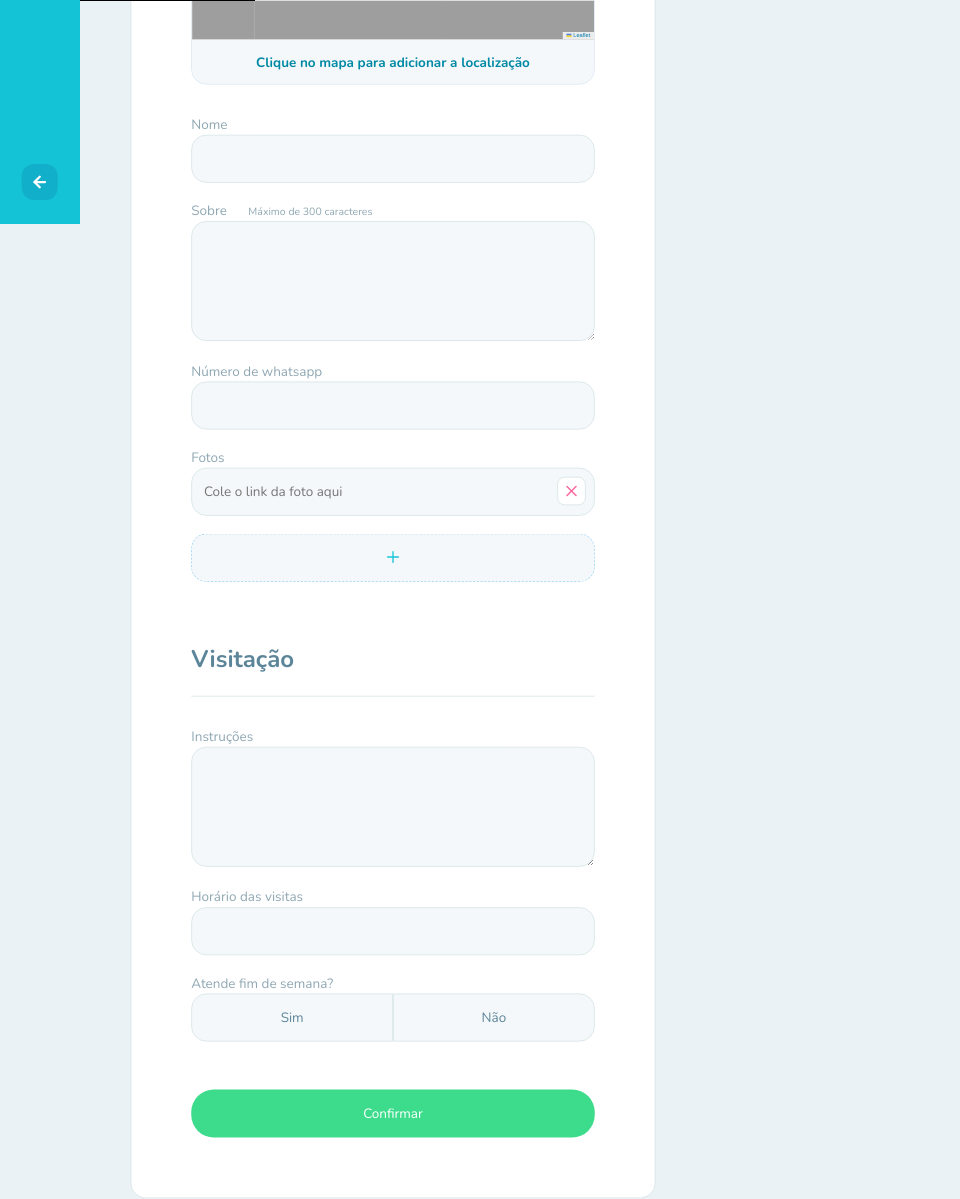
Repository: TeoNogueira/nlw3-rocketseatproject
Page: create-orphanage.html
The author's editor kept a copy of each file at every save. The page is drawn from the files as they stood at one save, then again after the next save.
The browser window is 1280 px wide. The pictures show the part of the page from y = 485 to 2111 px (the page is 2083 px tall before and 2111 px after), at 75% of full size.
Pictures or frames that could not be fetched are drawn as grey boxes. Some web libraries are served in a nearby version.

Above is the page before, as saved 2020-10-14 17:22:27.

### create-orphanage.html
<!DOCTYPE html>
<html lang="en">

<head>
  <meta charset="UTF-8" />
  <meta name="viewport" content="width=device-width, initial-scale=1.0" />
  <title>Localize um Orfanato | Happy</title>

  <link rel="stylesheet" href="https://unpkg.com/leaflet@1.7.1/dist/leaflet.css"
  integrity="sha512-xodZBNTC5n17Xt2atTPuE1HxjVMSvLVW9ocqUKLsCC5CXdbqCmblAshOMAS6/keqq/sMZMZ19scR4PsZChSR7A=="
  crossorigin=""/>

  <!-- Make sure you put this AFTER Leaflet's CSS -->
 <script src="https://unpkg.com/leaflet@1.7.1/dist/leaflet.js"
   integrity="sha512-XQoYMqMTK8LvdxXYG3nZ448hOEQiglfqkJs1NOQV44cWnUrBc8PkAOcXy20w0vlaXaVUearIOBhiXZ5V3ynxwA=="
   crossorigin=""></script>


  <link rel="icon" href="/images/logo-icon.png" />
  <link rel="stylesheet" href="/css/main.css" />
  <link rel="stylesheet" href="/css/animations.css" />
  <link rel="stylesheet" href="/css/sidebar.css" />
  <link rel="stylesheet" href="/css/map.css" />
  <link rel="stylesheet" href="/css/form.css" />
  <link rel="stylesheet" href="/css/buttons.css" />
  <link rel="stylesheet" href="/css/page-create-orphanage.css" />

  <link href="https://fonts.googleapis.com/css2?family=Nunito:wght@400;600;700;800&display=swap" rel="stylesheet">

</head>

<body id="body">
  <div id="create-orphanage" class=""> <!--ORPHANAGE COMEÇO-->
    <aside class="animate-right sidebar">
      <img src="/images/map-marker.svg" alt="Happy" class="">


      <footer>

        <button onclick="history.back()">

          <img src="/images/arrow-back.svg" alt="Voltar" class="">
        </button>
      </footer>

    </aside>

    <main class="animate-appear with-sidebar">


      <form action="" class="">

           <fieldset class="">

            <legend class="">

                   Dados

            </legend>
            <div class="map-container">
            <div id="mapid"></div>
               <footer>
                 <a href="#" class="select-point">

                  Clique no mapa para adicionar a localização
                 </a>
              </footer>
          </div>
               <div class="input-block">
                <label for="name" >Nome </label>
                 <input id="name" name="name" required/></textarea>

               </div>

               <div class="input-block">
                <label for="about" class="">Sobre <span class="">Máximo de 300 caracteres</span></label>
                 <textarea id="about" name="about" required></textarea>
               </div>

               <div class="input-block">
                <label for="whatsapp" class="">Número de whatsapp</label>
                 <input id="whatsapp" name="whatsapp" required/>

               </div>

               <div class="input-block images">
                <label for="images" class="">Fotos</label>
                 <div class="images-upload" id="images">

                  <div class="new-upload">



                    <input name="images" class="" placeholder="Cole o link da foto aqui" required/>


                  <span class=""><img src="/images/remove-file.svg" alt="Remover Foto" class=""></span>

                  </div>





                 </div>
                 <button type="button"><img src="/images/add-file.svg" alt="Nova Imagem" class=""></button>

               </div>




           </fieldset>

           <fieldset class="">

            <legend class="">
                 Visitação
            </legend>

            <div class="input-block">
              <label for="instructions">Instruções</label>
               <textarea id="instructions" name="instructions" required></textarea>

             </div>

             <div class="input-block">
              <label for="opening_hours" class="">Horário das visitas </label>
               <input id="opening_hours" name="opening_hours" required/>

             </div>


             <div class="input-block">

                  <label for="open_on_weekends" class="">Atende fim de semana?</label>
        <input type="hidden" id="open_on_weekends" name="open_on_weekends" value="1" required/>

             </div>

            <div class="button-select">
                  <button>Sim</button>
                  <button>Não</button>

            </div>
                  <button class="primary-button" type="submit">
                    Confirmar
                  </button>
           </fieldset> <!-- FIM DO FIELDSET 2-->


      </form>


    </main>





  </div><!--ORPHANAGE FIM-->


<script src="/scripts/page-create-orphanage.js"></script>


</body>

</html>

<!-- Hello World Hypertext >> são textos que contém links


    markup = marcações de tags
    -->

### public/css/main.css
* {
  margin: 0;
  padding: 0;
  box-sizing: border-box;
}

:root {
  font-size: 62.5%;
}
/* através do "ROOTEM" ou "rem" posso criar um root de tamanhos de pixels pre-configurados por mim mesmo*/

body {
  height: 100vh;
  color: white;
  background: #ebf2f5;
}

body,
button,
input,
textarea {
  /*
    font-size: 1.1em;
    font-family: 'Nunito', sans-serif;
    line-height: 1;
    font-weight: 400;*/
  font: 400 1.8rem/1 "Nunito", sans-serif;
}

### public/css/animations.css
/* Animações  ----*/

@keyframes up {
  from {
    opacity: 0;
    transform: translateY(16px);
  }

  to {
    opacity: 1;
    transform: translateX(0);
  }
}

@keyframes right {

from { transform: translateX(-100%);


}

to {

           transform: translateX(0);

}


}


@keyframes appear { from { opacity:0;




}

to { opacity:1;


}

}







.animate-up {
  animation-name: up;
  animation-duration: 300ms;
  animation-fill-mode: backwards;
}

.animate-right {


  animation-name: right;
  animation-duration: 300ms;
}



.animate-appear { animation-name: appear;

animation-duration: 300ms;
animation-fill-mode: backwards;
}
/* Animações FIM ----*/

### public/css/sidebar.css

aside.sidebar {

    position: fixed;
    height: 100%;
    padding: 3.2rem 2.4rem; /* 32 px e 24 px*/
    background: #15c3d6;

    display: flex;
    flex-direction: column;
    justify-content: space-between;
    align-items: center;
    }


    aside.sidebar footer button {

    width: 4.8rem;
    height: 4.8rem;
    border: none;
    background: #12afcb;
    border-radius: 16px;
    cursor: pointer;

    display: flex;
    align-items: center;
    justify-content: center;

    transition: background-color 0.2s;

    }

    aside.sidebar footer button:hover { background: #17d6eb;}




    .with-sidebar { padding-left: 110px;}

### public/css/map.css
/* mapa container */


.map-container { margin-top: 6.4rem;

    background: #e6f7fb;

    border: 1px solid #dde3f0;

    border-radius: 2rem;


}


#mapid {
    width: 100%;
    height: 28rem;



}

.map-container footer { padding: 2rem;
    text-align: center;

}


.map-container footer a {

color: #0089a5;
text-decoration: none;
font-weight: 700;
}


.map-container .leaflet-container {

border-bottom: 1px solid #dde3f0;

border-radius: 2rem;



}

### public/css/form.css
form {

    width: 70rem;
margin: 6.4rem;
background: white;
border: 1px solid #d3e2e5;

border-radius: 2rem;
overflow: hidden;
padding: 8rem;
}



fieldset {

    border: 0;
}


fieldset + fieldset {

    margin-top: 8rem;
}

fieldset legend {
width: 100%;
line-height: 1.5;
color: #5c8599;


font-size: 3.2rem;
font-weight: 700;
border-bottom: 1px solid #d3e2e5;
margin-bottom: 4rem;
padding-bottom: 2.4rem;



}

.input-block + .input-block {


    margin-top: 2.4rem;
}

.input-block label {


    color: #8fa7b3;
    margin-bottom: .8rem;
     line-height: 1.5;

}

.input-block label span {

font-size: 1.4rem;
    color: #8fa7b3;
margin-left: 2.4rem;
line-height: 1.5;


}

.input-block input,
.input-block textarea {

width: 100%;

background: #f5f8fa;
border: 1px solid #d3e2e5;
border-radius: 2rem;
 color: #5c8599;
  /*outline: none;*/

}

/*
.input-block input:focus,
.input-block textarea:focus {

border: solid red 1px;


} */


.input-block input {

height: 6.4rem;
padding: 0 1.6rem;


}

.input-block input:valid,
.input-block textarea:valid {

border: 1px solid #a1e9c5;

}



.input-block textarea {

    height: clamp(12rem, 16rem, 24rem);
    resize: vertical; /* faz parte do textarea*/
    padding: 1.6rem;
    line-height: 2.8;


}



.input-block.images button {

border: 1px dashed #96d2f0;
width: 100%;
background: #f5f8fa;

height: 6.4rem;
padding: 0 1.6rem;
margin-top: 2.4rem;
border-radius: 2rem;
cursor: pointer;

}

.new-upload {
position: relative;

}

.new-upload span {

    position: absolute;
    right: 12px;
    bottom: 14px;
    padding: .6rem;
    display: flex;

    /* Texts / Botão */

background: #FFFFFF;
/* Back / Lines in white */

border: 1px solid #D3E2E5;
box-sizing: border-box;
border-radius: 10px;
cursor: pointer;

}

### public/css/buttons.css

.primary-button {

    margin-top: 6.4rem;
   height: 6.4rem;
   width: 100%;
   border: 0;

   cursor: pointer;
   background: #3cdc8c;

   border-radius: 3rem;
   color: white;
   display: flex;
   align-items: center;
   justify-content: center;

   transition: background-color .2s;


}

.primary-button:hover { background: #36cf82;



}

.primary-button img { margin-right: 1.6rem;}


.button-select { display: grid;
 grid-template-columns: 1fr 1fr;



}


.button-select button {
    height: 6.4rem;
background: #f5f8fa;
border: 1px solid #d3e2e5;

color: #5c8599;
cursor: pointer;


}



.button-select button.active {

background: #edfff6;
border: solid 1px #a1e9c5;
color: #37c77f;


}



.button-select button:first-child {

border-radius : 2rem 0 0 2rem;



}


.button-select button:last-child {
border-radius: 0 2rem 2rem 0;
}

### public/css/page-create-orphanage.css
#page-create-orphanage {

    display:flex;
    min-height: 100vh;
}




main { flex: 1;}

.map-container {

    margin: 0 0 4rem;

}

.map-container .leaflet-container {

border-radius: 20px 20px 0 0;


}

.map-container footer {

    background-color: #f5f8fa;
    border-radius: 0 0  20px 20px;



}

### public/images/remove-file.svg
<svg width="24" height="24" viewBox="0 0 24 24" fill="none" xmlns="http://www.w3.org/2000/svg">
    <path d="M18 6L6 18" stroke="#FF669D" stroke-width="2" stroke-linecap="round" stroke-linejoin="round"/>
    <path d="M6 6L18 18" stroke="#FF669D" stroke-width="2" stroke-linecap="round" stroke-linejoin="round"/>
    </svg>

### public/images/add-file.svg
<svg width="16" height="16" viewBox="0 0 16 16" fill="none" xmlns="http://www.w3.org/2000/svg">
<path d="M15.1047 7.10465C15.3624 7.10465 15.5727 7.19283 15.7355 7.36919C15.9118 7.53198 16 7.74225 16 8C16 8.25775 15.9118 8.47481 15.7355 8.65116C15.5727 8.81395 15.3624 8.89535 15.1047 8.89535H8.89535V15.0843C8.89535 15.3421 8.80717 15.5591 8.63081 15.7355C8.46802 15.9118 8.25775 16 8 16C7.74225 16 7.52519 15.9118 7.34884 15.7355C7.18605 15.5591 7.10465 15.3421 7.10465 15.0843V8.89535H0.895349C0.637597 8.89535 0.420543 8.81395 0.244186 8.65116C0.0813953 8.47481 0 8.25775 0 8C0 7.74225 0.0813953 7.53198 0.244186 7.36919C0.420543 7.19283 0.637597 7.10465 0.895349 7.10465H7.10465V0.895349C7.10465 0.637597 7.18605 0.427326 7.34884 0.264535C7.52519 0.0881784 7.74225 0 8 0C8.25775 0 8.46802 0.0881784 8.63081 0.264535C8.80717 0.427326 8.89535 0.637597 8.89535 0.895349V7.10465H15.1047Z" fill="url(#paint0_linear)"/>
<defs>
<linearGradient id="paint0_linear" x1="16" y1="16" x2="4.89685" y2="-2.87982" gradientUnits="userSpaceOnUse">
<stop stop-color="#15B6D6"/>
<stop offset="1" stop-color="#15D6D6"/>
</linearGradient>
</defs>
</svg>

### public/scripts/page-create-orphanage.js
//Create Map
var map = L.map('mapid').setView([-27.2122361,-49.6392672], 15)



//Create tileLayer

L.tileLayer('https://{s}.tile.openstreetmap.org/{z}/{x}/{y}.png'
).addTo(map);





// Create Icon

const icon = L.icon ( {

    iconUrl: "/images/map-marker.svg",

    iconSize: [58, 68],
    iconAnchor: [29, 68],


})


let marker;


// Create and add marker

map.on('click', (event) => {

const lat = event.latlng.lat;
const lng = event.latlng.lng;

// remove Layer Marker (icon)

marker && map.removeLayer(marker)

  //add icon layer

  marker = L.marker([lat, lng], { icon })

   .addTo(map)
})

After the next save:
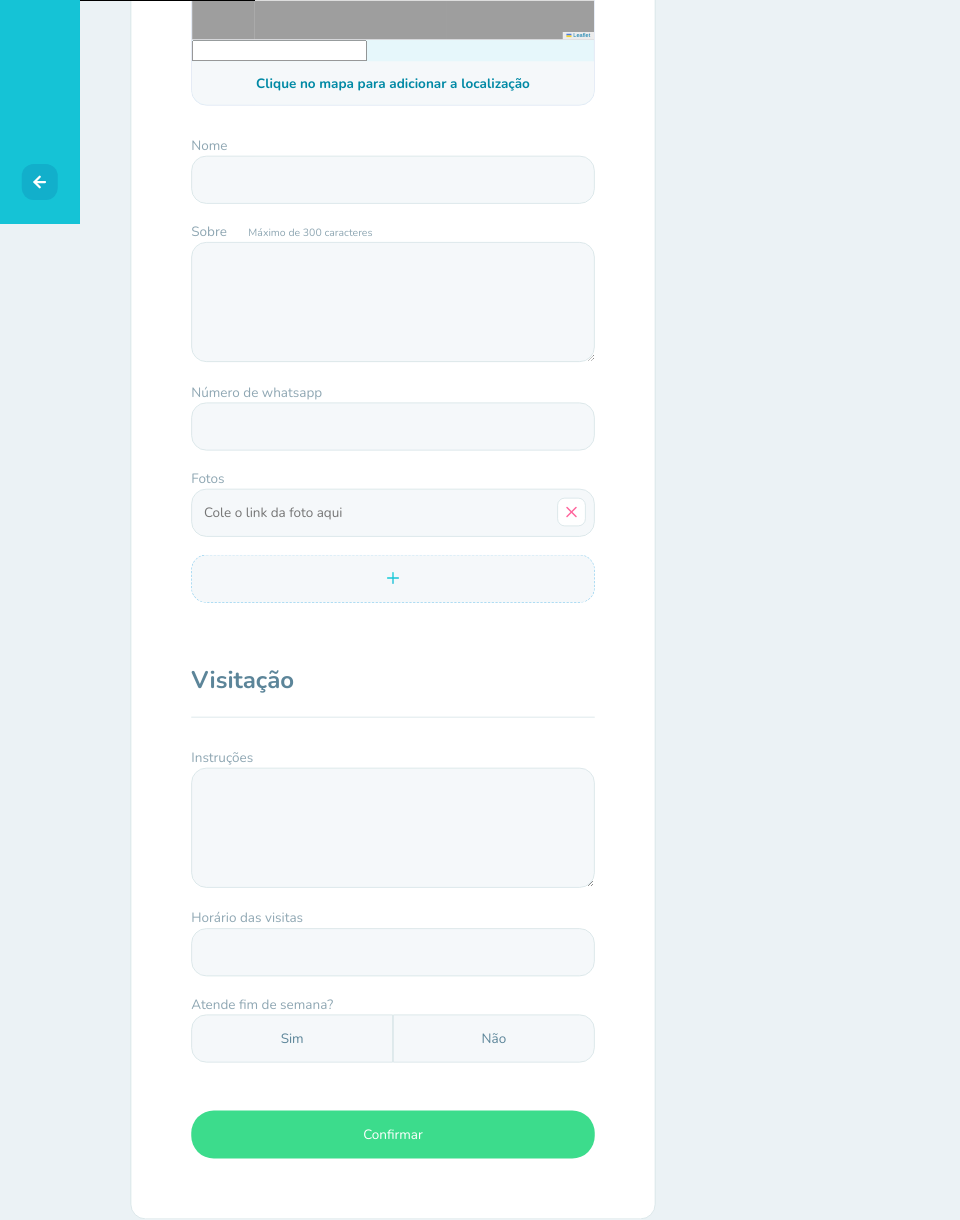
Saved 10 min 32 s later.
--- a/create-orphanage.html
+++ b/create-orphanage.html
@@ -59,6 +59,7 @@
             </legend>
             <div class="map-container">
             <div id="mapid"></div>
+            <input type="" />
                <footer>
                  <a href="#" class="select-point">
 

After the save that followed:
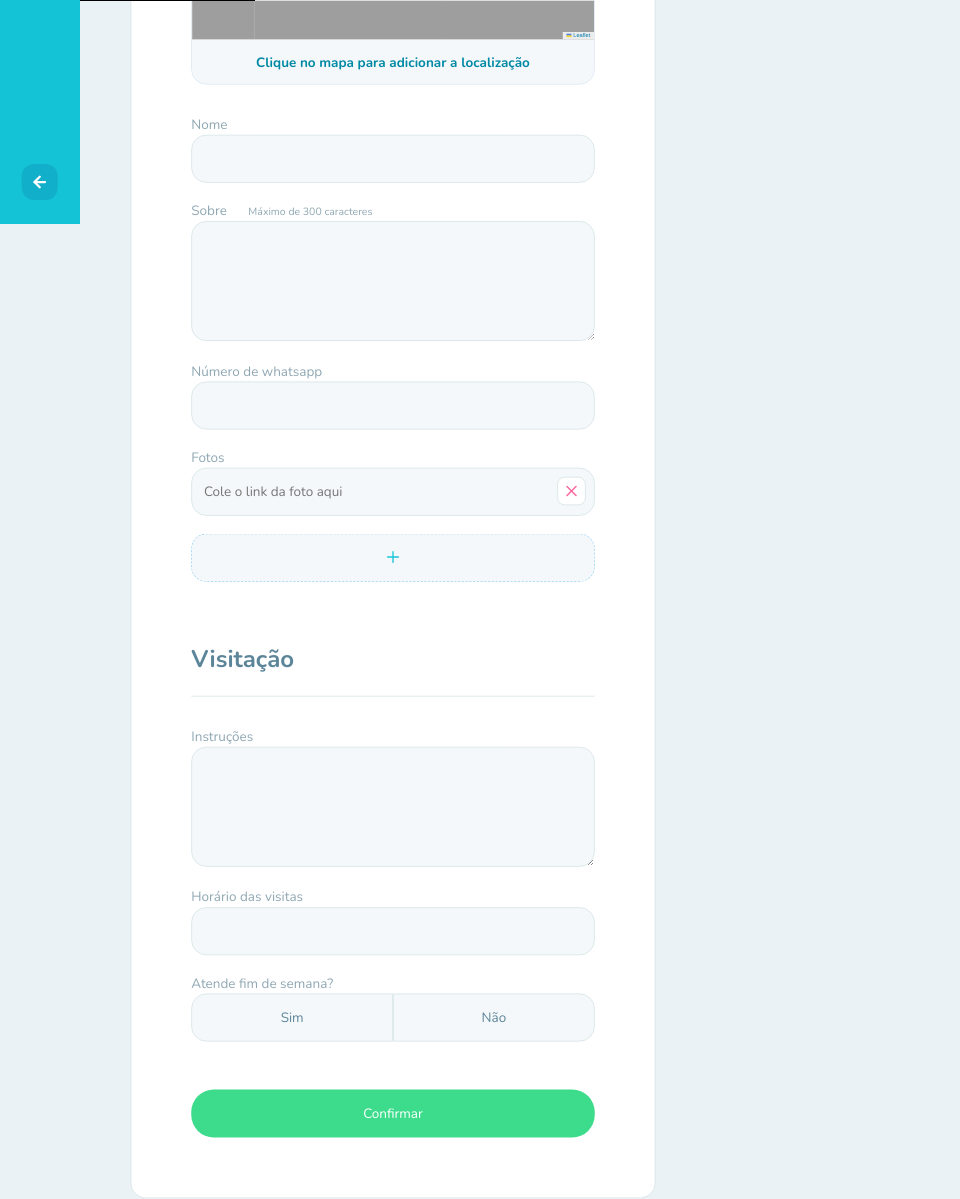
Saved 19 s later.
--- a/create-orphanage.html
+++ b/create-orphanage.html
@@ -59,7 +59,7 @@
             </legend>
             <div class="map-container">
             <div id="mapid"></div>
-            <input type="" />
+            <input type="hidden" name="lat"/>
                <footer>
                  <a href="#" class="select-point">
 
